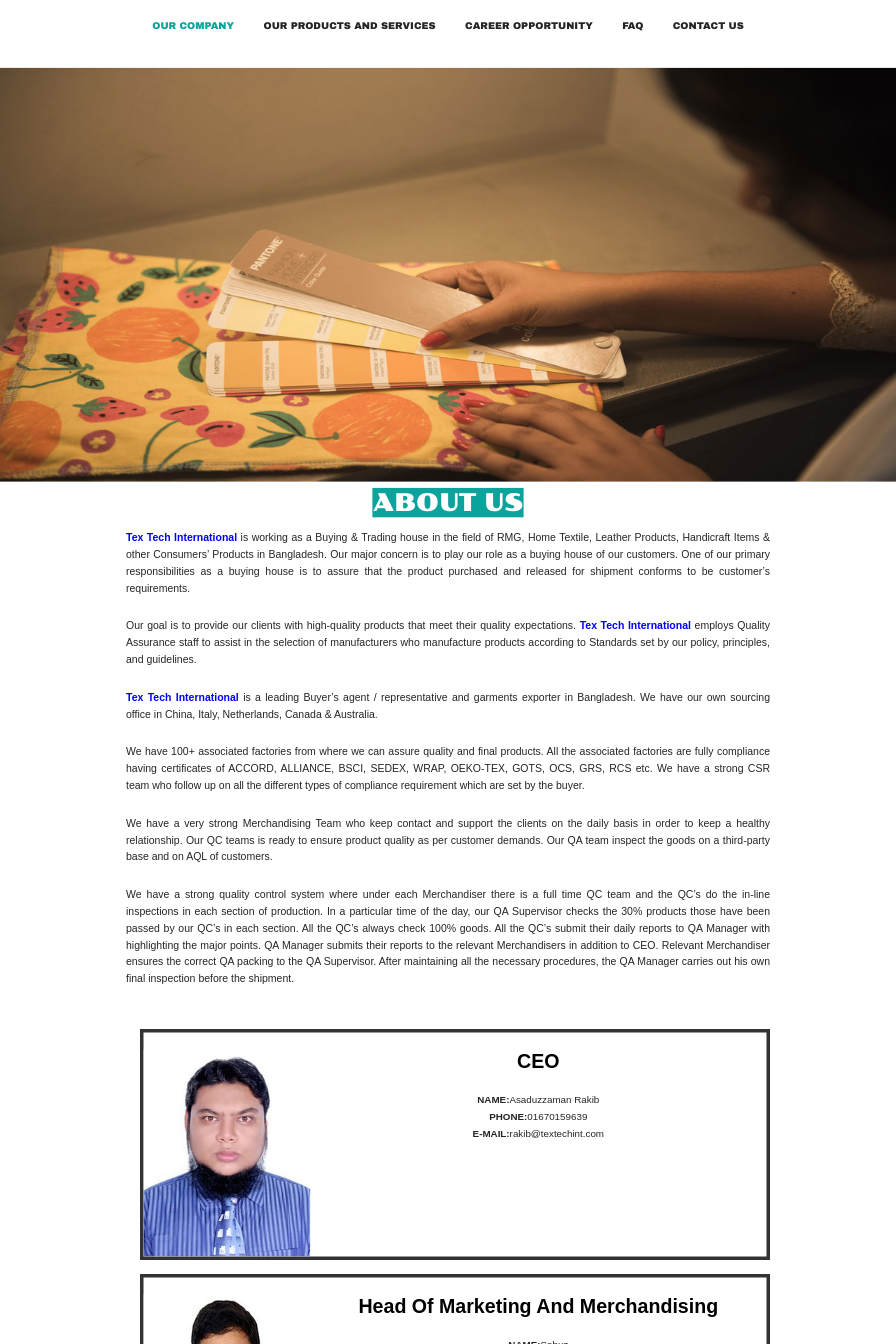
Repository: asifdotpy/textechint
Page: index.html
These files come from the project's save history. The page is drawn as it stood at one moment and after a run of saves; the edit follows.
The browser window is 1280 px wide. The pictures show the part of the page from y = 0 to 1920 px (the page is 3359 px tall), at 70% of full size.

Above is the page before, as saved 2021-02-24 00:35:32.

### index.html
<!doctype html>
<html>
<head>
	<meta charset="UTF-8">
	<meta name="viewport" content="width=device-width, initial-scale=1.0">
	<title>Tex Tech International</title>
	<link rel="stylesheet" type="text/css" href="css/style.css">
	<link rel="stylesheet" type="text/css" href="css/mobile.css" media="screen and (max-width : 568px)">
	<script type="text/javascript" src="js/mobile.js"></script>
</head>
<body>
	<div id="header">
		<ul id="navigation">
			<li class="selected">
				<a href="index.html">our company</a>
			</li>
			<li>
				<a href="gallery.html">Our Products and services
				</a>
			</li>
			<li>
				<a href="about.html">career opportunity</a>
			</li>
			<li>
				<a href="blog.html">faq</a>
			</li>
			<li>
				<a href="contact.html">contact us</a>
			</li>
		</ul>
	</div>
	<div id="body">
		<div id="featured">
			<img src="images/featured.jpg" alt="">
		</div>
		<div class='intro'>
			<h1>About us</h1>
			<div class="main">
			<p><strong style="color: blue;">Tex Tech International</strong> is working as a Buying & Trading house in the field of RMG, Home Textile, Leather Products, Handicraft Items & other Consumers’ Products in Bangladesh. Our major concern is to play our role as a buying house of our customers. One of our primary responsibilities as a buying house is to assure that the product purchased and released for shipment conforms to be customer’s requirements.</p>
			<p>Our goal is to provide our clients with high-quality products that meet their quality expectations.
				<strong style="color: blue;">Tex Tech International</strong> employs Quality Assurance staff to assist in the selection of manufacturers who manufacture products according to Standards set by our policy, principles, and guidelines.</p>
			<p><strong style="color: blue;">Tex Tech International</strong> is a leading Buyer’s agent / representative and garments exporter in Bangladesh. We have our own sourcing office in China, Italy, Netherlands, Canada & Australia.</p>
			<p>We have 100+ associated factories from where we can assure quality and final products. All the associated factories are fully compliance having certificates of ACCORD, ALLIANCE, BSCI, SEDEX, WRAP, OEKO-TEX, GOTS, OCS, GRS, RCS etc. We have a strong CSR team who follow up on all the different types of compliance requirement which are set by the buyer.</p>
			<p>We have a very strong Merchandising Team who keep contact and support the clients on the daily basis in order to keep a healthy relationship. Our QC teams is ready to ensure product quality as per customer demands. Our QA team inspect the goods on a third-party base and on AQL of customers.</p>
			<p>We have a strong quality control system where under each Merchandiser there is a full time QC team and the QC’s do the in-line inspections in each section of production. In a particular time of the day, our QA Supervisor checks the 30% products those have been passed by our QC’s in each section. All the QC’s always check 100% goods. All the QC’s submit their daily reports to QA Manager with highlighting the major points. QA Manager submits their reports to the relevant Merchandisers in addition to CEO. Relevant Merchandiser ensures the correct QA packing to the QA Supervisor. After maintaining all the necessary procedures, the QA Manager carries out his own final inspection before the shipment.</p>
			</p>
			</div>

		</div>

		<div class='heroes'>
		<ul>
			<div class="post-container">
				<div class="post-thumb"><img src="images/rakib.jpg" /></div>
				<div class="post-content">
					<h3 class="post-title">CEO</h3>
					<p><b>NAME:</b>Asaduzzaman Rakib</p>
					<p><b>PHONE:</b>01670159639</p>
					<p><b>E-MAIL:</b>rakib@textechint.com</p>
			   </div>
			</div>
			<div class="post-container">
				<div class="post-thumb"><img src="images/sabuz.jpg" /></div>
				<div class="post-content">
					<h3 class="post-title">Head Of Marketing And Merchandising</h3>
					<p><b>NAME:</b>Sabuz</p>
					<p><b>PHONE:</b>01xxxxxxxxxx</p>
					<p><b>E-MAIL:</b>sabuz@textechint.com</p>
			   </div>
			</div>
			<div class="post-container">
				<div class="post-thumb"><img src="images/monir.jpg" /></div>
				<div class="post-content">
					<h3 class="post-title">Head Of Finance And Accounts</h3>
					<p><b>NAME:</b>Monir</p>
					<p><b>PHONE:</b>01xxxxxxxxxx</p>
					<p><b>E-MAIL:</b>monir@textechint.com</p>
			   </div>
			</div>
			<div class="post-container">
				<div class="post-thumb"><img src="images/asif.jpg" /></div>
				<div class="post-content">
					<h3 class="post-title">Head Of IT</h3>
					<p><b>NAME:</b>Asif Iqbal</p>
					<p><b>PHONE:</b>01675259212</p>
					<p><b>E-MAIL:</b>asif@textechint.com</p>
			   </div>
			</div>
			<div class="post-container">
				<div class="post-thumb"><img src="images/apu.jpg" /></div>
				<div class="post-content">
					<h3 class="post-title">IT Executive</h3>
					<p><b>NAME:</b>Apu Chowdhury</p>
					<p><b>PHONE:</b>01635092636</p>
					<p><b>E-MAIL:</b>apu@textechint.com</p>
			   </div>
			</div>
		</ul>
		</div>
	</div>
	<div id="footer">
		<div>
			<p>&copy; Created by Asif and Apu. All rights reserved.</p>
			<ul>
				<li>
					<a href="http://freewebsitetemplates.com/go/twitter/" id="linkedin">linkedin</a>
				</li>
				<li>
					<a href="https://www.facebook.com/textechint" target="_blank" id="facebook">facebook</a>
			</ul>
		</div>
	</div>
</body>
</html>

### css/style.css
@font-face {
	font-family: 'poller_oneregular';
	src: url('../fonts/pollerone/pollerone-webfont.eot');
	src: url('../fonts/pollerone/pollerone-webfont.eot?#iefix') format('embedded-opentype'),
		 url('../fonts/pollerone/pollerone-webfont.woff') format('woff'),
		 url('../fonts/pollerone/pollerone-webfont.ttf') format('truetype'),
		 url('../fonts/pollerone/pollerone-webfont.svg#poller_oneregular') format('svg');
}
@font-face {
	font-family: 'leckerli_oneregular';
	src: url('../fonts/leckerlione/leckerlione-regular-webfont.eot');
	src: url('../fonts/leckerlione/leckerlione-regular-webfont.eot?#iefix') format('embedded-opentype'),
		 url('../fonts/leckerlione/leckerlione-regular-webfont.woff') format('woff'),
		 url('../fonts/leckerlione/leckerlione-regular-webfont.ttf') format('truetype'),
		 url('../fonts/leckerlione/leckerlione-regular-webfont.svg#leckerli_oneregular') format('svg');
}

body {
	background: #fff;
	font-family: Arial, Helvetica, sans-serif;
	font-size: 14px;
	font-weight: normal;
	line-height: 1;
	margin: 0;
	min-width: 960px;
	padding: 0;
}
p {
	color: #252525;
	line-height: 24px;
	margin: 0;
	padding: 0;
}
p a {
	color: #252525;
	text-decoration: underline;
}
p a:hover {
	color: #898989;
}
#header {
	margin: 0 auto;
	padding: 4px 0 50px;
	text-align: center;
	width: 960px;
}
#header a.logo {
	display: block;
	margin: 0 auto;
	padding: 0;
	width: 340px;
}
#header a.logo img {
	border: 0;
	display: block;
	margin: 0;
	padding: 0;
}
#header ul {
	margin: 0;
	padding: 25px 0 0;
}
#header ul li {
	display: inline;
	list-style: none;
	margin: 0;
	padding: 0 19px;
}
#header ul li a {
	color: #252525;
	display: inline-block;
	font-family: "Arial Black", Gadget, sans-serif;
	font-size: 14px;
	font-weight: normal;
	margin: 0;
	padding: 0 0 3px;
	text-decoration: none;
	text-transform: uppercase;
}
#header ul li a:hover, #header ul li.selected a {
	color: #0ba39c;
}
#body {
	margin: 0;
	padding: 0 0 30px;
	text-align: center;
}
#body h1 {
	color: #fff;
	display: inline;
	font-family: poller_oneregular;
	font-size: 35px;
	font-weight: normal;
	margin: 0;
	padding: 0;
	text-transform: uppercase;
}
#body h1 span {
	background: #252525;
	display: inline-block;
	padding: 15px 28px 12px;
}
#body > div {
	margin: 0 auto;
	padding: 0;
	width: 960px;
}
#body > div img {
	border: 0 auto;
	margin: 24px 0 0;
	padding: 0;
}
#body > div .article {
	margin: 0 auto;
	padding: 30px 30px 0;
	width: 560px;
}
#body > div .article h2 {
	font-family: "Arial Black", Gadget, sans-serif;
	font-size: 25px;
	font-weight: normal;
	margin: 0 0 30px;
}
#body > div .article h3 {
	color: #252525;
	line-height: 24px;
	margin: 0;
	padding: 0;
}
#body > div .article h4 {
	background: #252525;
	color: #fff;
	display: inline-block;
	font-family: "Arial Black", Gadget, sans-serif;
	font-size: 25px;
	font-weight: normal;
	margin: 0 0 30px;
	padding: 8px 27px 10px;
}
#body > div .article p {
	margin: 0 0 30px;
	text-align: justify;
}
#body div div ul {
	margin: 0;
	padding: 24px 10px 0;
	width: 940px;
	list-style-type: none;
}
#body div div ul li {
	border: 2px solid #1a1a1a;
	display: block;
	list-style: none;
	margin: 0 0 13px;
	overflow: hidden;
	padding: 0;
}
#body div ul li .figure {
	border-right: 2px solid #1a1a1a;
	float: left;
	margin: 0;
	padding: 0;
	width: 376px;
}
#body div ul li img {
	border: 0;
	display: block;
	margin: 0;
	padding: 0;
	opacity: 0.8;
	transition: 0.5s ease-in-out;
}
#body div ul li .figure:hover img {
	opacity: 1;
}
#body div ul li div {
	float: left;
	margin: 0;
	padding: 63px 0 20px;
	width: 558px;
}
#body div ul li div h3 {
	color: #252525;
	font-family: "Arial Black", Gadget, sans-serif;
	font-size: 25px;
	font-weight: normal;
	margin: 0;
	padding: 0;
	text-transform: uppercase;
}
#body div ul li div p {
	padding: 30px 30px 18px;
}
#body div ul li div a.more {
	background: #000;
	color: #fff;
	display: inline-block;
	font-family: "Arial Black", Gadget, sans-serif;
	font-size: 18px;
	font-weight: normal;
	margin: 0;
	padding: 8px 28px;
	text-decoration: none;
	text-transform: uppercase;
}
#body div ul li div a.more:hover {
	color: #252525;
	background: #fff;
	border: 2px solid #252525;
}
#body #featured {
	margin: 0 0 13px;
	padding: 0;
	position: relative;
	width: 100%;
}
#body #featured img {
	border: 0;
	display: block;
	margin: 0;
	padding: 0;
	width: 100%;
	height: auto;
}
#body #featured div {
	left: 50%;
	margin-left: -480px;
	margin-top: -171px;
	padding: 0 0 0 470px;
	position: absolute;
	top: 50%;
	text-align: left;
	width: 490px;
}
#body #featured div h2 {
	background: #fff;
	color: #000;
	display: inline-block;
	font-family: poller_oneregular;
	font-size: 20px;
	font-weight: normal;
	margin: 0 0 18px;
	padding: 23px 27px 20px;
	text-transform: uppercase;
}
#body #featured div span {
	background: #252525;
	color: #fff;
	display: inline-block;
	font-size: 20px;
	margin: 7px 0;
	padding: 12px 27px;
}
#body #featured div a {
	background: #0ba39c;
	color: #fff;
	display: inline-block;
	font-size: 16px;
	margin: 15px 0 0;
	padding: 26px 27px 22px;
	text-align: center;
	text-decoration: none;
	text-transform: uppercase;
}
#body #featured div a:hover {
	background: #1fc3bc;
}
#body > ul {
	margin: 0 auto;
	overflow: hidden;
	padding: 24px 0 0;
	width: 960px;
}
#body > ul li {
	display: block;
	float: left;
	margin: 0 10px 20px;
	padding: 0;
	width: 300px;
}
#body > ul li a {
	color: #000;
	display: block;
	font-family: poller_oneregular;
	font-size: 20px;
	font-weight: normal;
	margin: 0;
	padding: 0;
	text-align: center;
	text-decoration: none;
	text-transform: uppercase;
}
#body > ul li a img {
	border: 2px solid #1a1a1a;
	display: block;
	margin: 0;
	padding: 0;
	opacity: .8;
	transition: 0.5s ease-in-out;
}
#body > ul li a:hover img {
	opacity: 1;
}
#body > ul li a span {
	display: block;
	margin: 0;
	padding: 33px 0 0;
}
#body form {
	margin: 0 auto;
	padding: 24px 0 0;
	width: 620px;
}
#body form input, #body form textarea {
	border: 2px solid #252525;
	color: #252525;
	font-family: Arial, Helvetica, sans-serif;
	font-size: 15px;
	font-weight: normal;
	margin: 0 0 37px;
	padding: 20px 10px;
	text-align: center;
	text-transform: uppercase;
	width: 596px;
}
#body form textarea {
	height: 175px;
	overflow: auto;
	resize: none;
}
#body form #send {
	background: #252525;
	color: #fff;
	font-family: "Arial Black", Gadget, sans-serif;
	font-size: 15px;
	font-weight: normal;
	display: inline-block;
	padding: 20px 28px;
	width: auto;
}
#body form #send:hover {
	background: #fff;
	color: #252525;
	cursor: pointer;
}
#footer {
	background: #252525;
	margin: 0;
	padding: 36px 0 42px;
}
#footer div {
	margin: 0 auto;
	overflow: hidden;
	padding: 0;
	width: 960px;
}
#footer div p {
	color: #fff;
	float: left;
	line-height: 44px;
	margin: 0 0 0 10px;
	padding: 0;
}
#footer div ul {
	display: block;
	float: right;
	margin: 0;
	overflow: hidden;
	padding: 0;
	width: 256px;
}
#footer div ul li {
	display: block;
	float: left;
	list-style: none;
	margin: 0 10px;
	padding: 0;
	width: 44px;
}
#footer div ul li a {
	background: url(../images/icons.jpg) no-repeat 0 0;
	display: block;
	height: 44px;
	margin: 0;
	padding: 0;
	text-indent: -99999px;
	width: 44px;
}
#footer div ul li #linkedin {
	background-position: 0 0;
}
#footer div ul li #linkedin:hover {
	background-position: -44px 0;
}
#footer div ul li #facebook {
	background-position: 0 -44px;
}
#footer div ul li #facebook:hover {
	background-position: -44px -44px;
}

div .intro h1 {
	margin: 0px 50px;
	padding: 0px 50px;
	background-color: #0ba39c;
	text-decoration: #1a1a1a;
}

div .intro p {
	margin: 10px;
	padding: 10px;
	font-size: ;
}

div .main {
	font-size: 15px;
}



.post-container {
    margin: 20px 20px 0 0;
    border: 5px solid #333;
    overflow: auto
}
.post-thumb {
    float: left;
}
.post-thumb img {
    display: block;
}
.post-content {
    margin-left: 210px
}
.post-title {
    font-weight: bold;
    font-size: 200%
}

div .main {
	text-align: justify;
}

div .article

### js/mobile.js
window.onload = function(){
	var getNavi = document.getElementById('navigation');

	var mobile = document.createElement("span");
	mobile.setAttribute("id","mobile-navigation");
	getNavi.parentNode.insertBefore(mobile,getNavi);

	document.getElementById('mobile-navigation').onclick = function(){
		var a = getNavi.getAttribute('style');
		if(a){
			getNavi.removeAttribute('style');
			document.getElementById('mobile-navigation').style.backgroundImage='url(images/mobile-menu.png)';
		} else {
			getNavi.style.display='block';
			document.getElementById('mobile-navigation').style.backgroundImage='url(images/mobile-close.png)';
		}
	};
	var getElm = getNavi.getElementsByTagName("LI");
	for(var i=0;i<getElm.length;i++){
		if(getElm[i].children.length>1){
			var smenu = document.createElement("span");
			smenu.setAttribute("class","mobile-submenu");
			smenu.setAttribute("OnClick","submenu("+i+")");
			getElm[i].appendChild(smenu);
		};
	};
	submenu = function (i){
		var sub = getElm[i].children[1];
		var b = sub.getAttribute('style');
		if(b){
			sub.removeAttribute('style');
			getElm[i].lastChild.style.backgroundImage='url(images/mobile-expand.png)';
			getElm[i].lastChild.style.backgroundColor='rgba(11, 163, 156, 0.7)';
		} else {
			sub.style.display='block';
			getElm[i].lastChild.style.backgroundImage='url(images/mobile-collapse.png)';
			getElm[i].lastChild.style.backgroundColor='rgba(0,0,0,0.8)';
		}
	};
};

### css/mobile.css
body {
	min-width: 0;
}
#header {
	padding: 20px 0;
	position: relative;
	width: 100%;
}
#header a.logo {
	width: 80%;
}
#header a.logo img {
	width: 100%;
}
#mobile-navigation {
	background: url(../images/mobile-menu.png) no-repeat 0 0;
	display: block;
	height: 50px;
	margin: 30px auto 0;
	padding: 0;
	width: 50px;
}
#header ul {
	border: 1px solid #fff;
	display: none;
	left: 50%;
	margin-left: -45%;
	padding: 0;
	position: absolute;
	width: 90%;
	z-index: 1001;
}
#header ul li {
	border-top: 1px solid #fff;
	display: block;
	margin: 0;
	padding: 0;
	position: relative;
}
#header > ul > li:first-child {
	border: 0;
}
#header ul li a {
	background: rgba(11, 163, 156, 0.9);
	color: #fff;
	display: block;
	font-family: Arial, Helvetica, sans-serif;
	font-size: 16px;
	font-weight: normal;
	height: 49px;
	line-height: 49px;
	padding: 0 15px;
	text-align: left;
}
#header ul li a:hover, #header ul li.selected a {
	background: rgba(0, 0, 0, 0.9);
	color: #fff;
}
#header ul ul {
	display: none;
	border: 0;
	height: auto;
	left: 0;
	margin: 0;
	position: relative;
	width: 100%;
}
#header ul ul li a {
	text-indent: 15px;
}
#header ul li span {
	background: rgba(11, 163, 156, 0.9) url(../images/mobile-expand.png) no-repeat 0 0;
	border-left: 1px solid #fff;
	display: block;
	height: 49px;
	position: absolute;
	right: 0;
	top: 0;
	width: 50px;
}
#body {
	width: 100%;
}
#body h1 {
	display: block;
	font-size: 20px;
	margin: 0 auto;
	width: 90%;
}
#body h1 span {
	display: block;
	padding: 3%;
	width: 94%;
}
#body > div {
	padding: 0 5%;
	width: 90%;
}
#body > div img {
	margin: 24px 0 30px;
	width: 98%
}
#body > div .article {
	padding: 0;
	width: 100%;
}
#body > div .article h2, #body > div .article h4 {
	font-size: 18px;
	font-weight: bold;
}
#body #featured {
	overflow: hidden;
	margin: 0 0 20px
}
#body #featured img {
	min-width: 960px;
}
#body #featured div {
	left: 0;
	margin: 0;
	padding: 0 2%;
	position: absolute;
	top: 0;
	text-align: left;
	width: 96%;
}
#body #featured div h2 {
	font-size: 14px;
	font-weight: normal;
	margin: 50px 0 10px;
	padding: 8px 5px;
}
#body #featured div span {
	display: block;
	font-size: 14px;
	margin: 10px 0;
	padding: 10px;
}
#body #featured div a {
	font-size: 14px;
	margin: 5px 0 0;
	padding: 10px;
}
#body > ul {
	overflow: visible;
	padding: 0 5%;
	width: 90%;
}
#body ul.gallery {
	padding: 5% 0;
	overflow: hidden;
	width: 100%;
}
#body > ul li {
	float: none;
	margin: 0;
	width: 100%;
}
#body ul.gallery li {
	float: left;
	margin: 0 0 5% 5%;
	width: 42%;
}
#body > ul li a img {
	width: 98%;
}
#body > ul li a span {
	padding: 15px 0;
}
#body div ul {
	margin: 0;
	padding: 20px 0 0;
	width: 100%;
}
#body div ul li {
	overflow: visible;
	padding: 0 0 20px;
	width: 99%;
}
#body div ul li .figure {
	border: 0;
	display: block;
	float: none;
	margin: 0 0 20px;
	width: 100%;
}
#body div ul li .figure img {
	width: 100%;
}
#body div ul li div {
	float: none;
	padding: 0;
	width: 100%;
}
#body div ul li div a.more:hover {
	height: 14px;
	line-height: 14px;
}
#body form {
	width: 100%;
}
#body form input, #body form textarea {
	margin: 0 0 20px;
	padding: 10px;
	width: 84%;
}
#body form #send {
	padding: 10px;
}
#footer {
	padding: 10px 0 25px;
}
#footer div {
	overflow: visible;
	width: 100%;
}
#footer div p {
	float: none;
	margin: 0;
	text-align: center;
}
#footer div ul {
	float: none;
	margin: 0 auto;
	width: 256px;
}

After the next 3 saves:
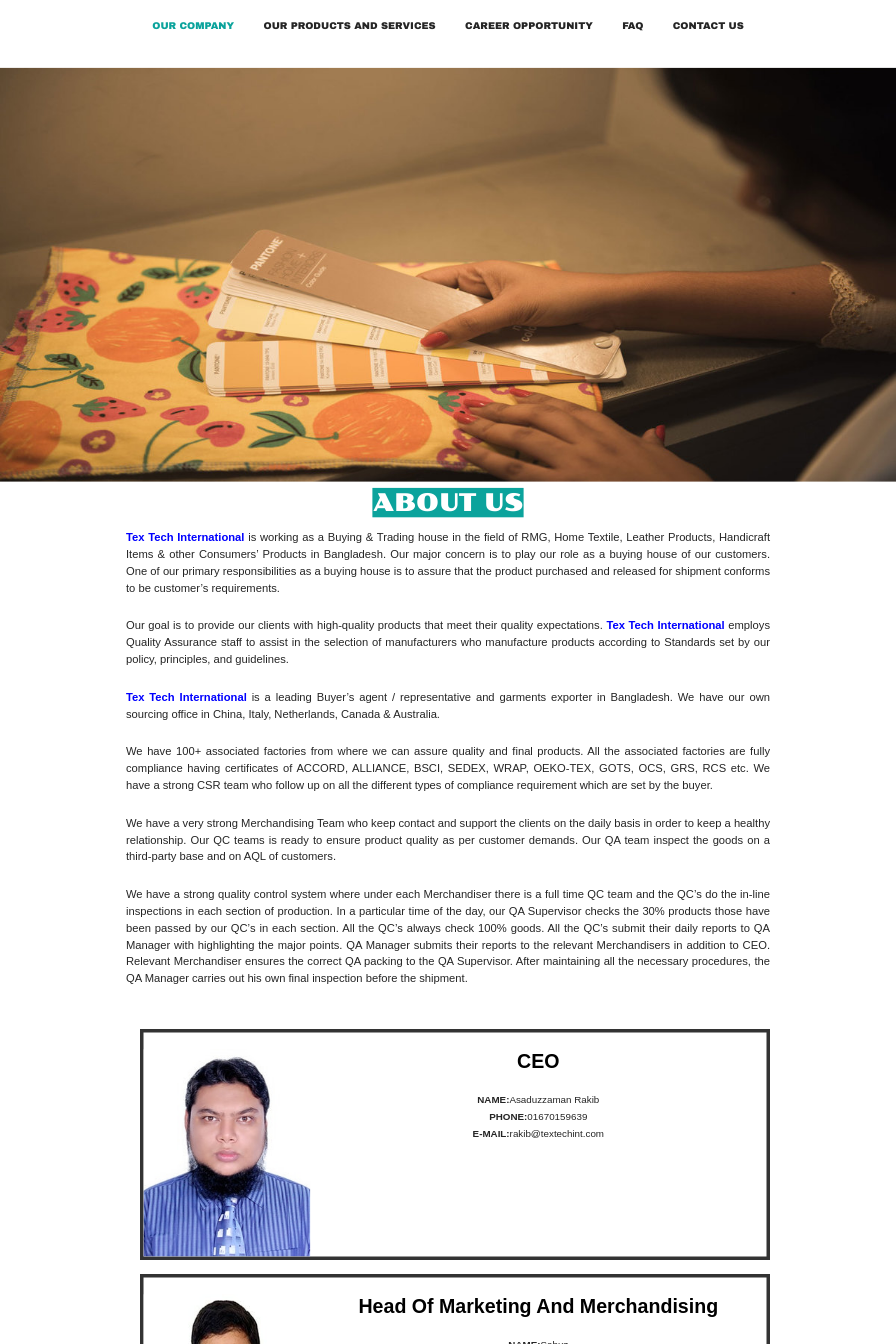
The 3 saves are shown as one change because they came seconds apart.
The last was saved 8 s later.
--- a/css/style.css
+++ b/css/style.css
@@ -409,7 +409,7 @@
 div .intro p {
 	margin: 10px;
 	padding: 10px;
-	font-size: ;
+	font-size: 16px;
 }
 
 div .main {
